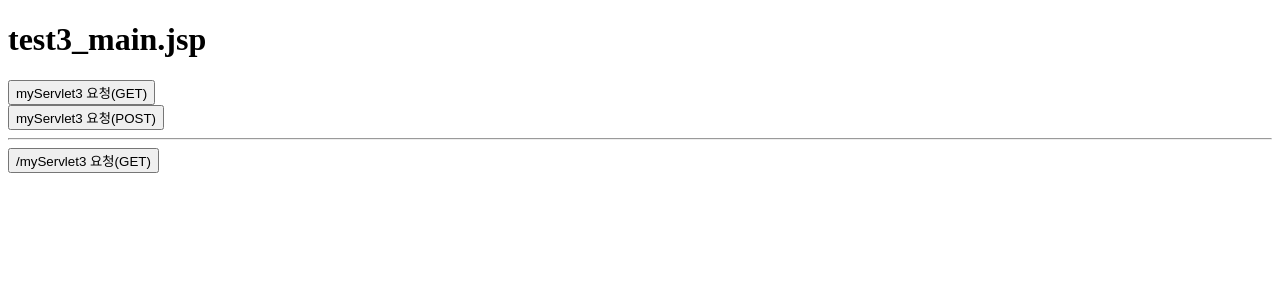
Repository: junesse-afk/ITJSP
Page: http://localhost/StudyJSP/jsp09_servlet/test3_main.jsp
An editor plug-in stored every save of this project. The page is shown before and after the next save, followed by the edit.
The browser window is 1280 px wide. The pictures show the whole page.
The page is served by Tomcat 10. Other server files are loaded and not shown.

Above is the page before, as saved 2024-11-26 07:21:15.

### workspace_jsp/StudyJSP/src/main/webapp/jsp09_servlet/test3_main.jsp
<%@ page language="java" contentType="text/html; charset=UTF-8"
    pageEncoding="UTF-8"%>
<!DOCTYPE html>
<html>
<head>
<meta charset="UTF-8">
<title>Insert title here</title>
</head>
<body>

	<h1>test3_main.jsp</h1>
	<form action="myServlet3" method="get">
		<input type="hidden" name="id" value="admin">
		<input type="hidden" name="name" value="홍길동">
		<input type="submit" value="myServlet3 요청(GET)">
	</form>
	<form action="myServlet3" method="post">
		<input type="hidden" name="id" value="admin">
		<input type="hidden" name="name" value="홍길동">
		<input type="submit" value="myServlet3 요청(POST)">
	</form>
	<hr>

	<%-- 요청 주소 앞에 /가 붙을 경우 루트(/)를 의미하게 되므로 --%>
	<%-- 현재 요청 주소의 최상위 경로에서 myServlet3 서블릿을 요청하게 된다! --%>
	<form action="/myServlet3" method="get">
		<input type="submit" value="/myServlet3 요청(GET)">
	</form>









</body>
</html>

After the next save:
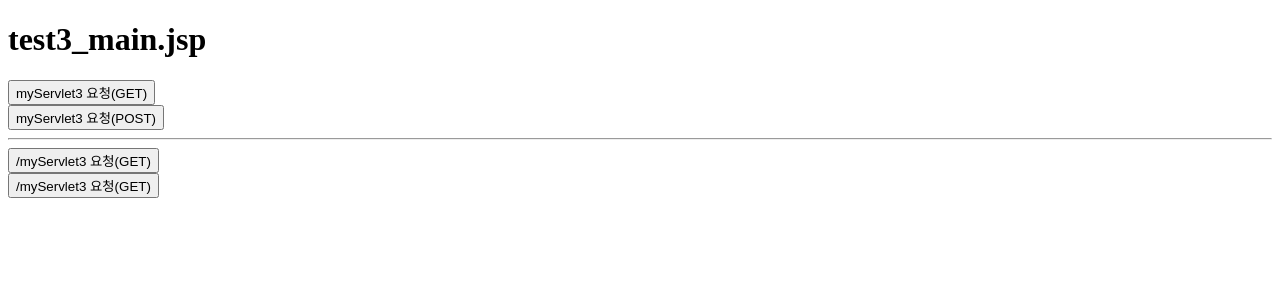
Saved 64 s later.
--- a/workspace_jsp/StudyJSP/src/main/webapp/jsp09_servlet/test3_main.jsp
+++ b/workspace_jsp/StudyJSP/src/main/webapp/jsp09_servlet/test3_main.jsp
@@ -27,7 +27,9 @@
 		<input type="submit" value="/myServlet3 요청(GET)">
 	</form>
 
-
+	<form action="/StudyJSP/myServlet3" method="get">
+		<input type="submit" value="/myServlet3 요청(GET)">
+	</form>
 
 
 
